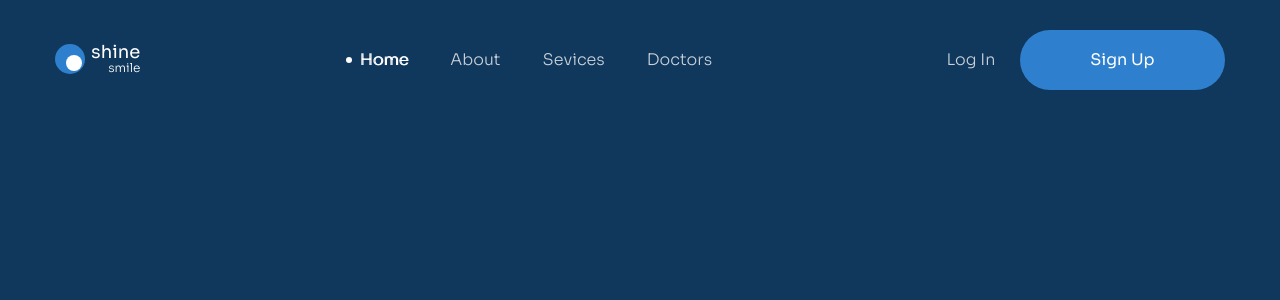
Repository: trungnguyen131/project-03
Page: index.html
These files come from the project's save history. The page is drawn as it stood at one moment and after the next save; the edit follows.
The browser window is 1280 px wide. The pictures show the whole page.

Above is the page before, as saved 2024-03-31 16:23:49.

### index.html
<!DOCTYPE html>
<html lang="en">
<head>
    <meta charset="UTF-8">
    <meta name="viewport" content="width=device-width, initial-scale=1.0">
    <title>Shine Smile</title>

    <!-- Embed fonts -->
    <link rel="preconnect" href="https://fonts.googleapis.com">
    <link rel="preconnect" href="https://fonts.gstatic.com" crossorigin>
    <link href="https://fonts.googleapis.com/css2?family=Sora:wght@100..800&display=swap" rel="stylesheet">

    <!-- favicon -->
    <link rel="apple-touch-icon" sizes="57x57" href="./assets/favicon/apple-icon-57x57.png">
    <link rel="apple-touch-icon" sizes="60x60" href="./assets/favicon/apple-icon-60x60.png">
    <link rel="apple-touch-icon" sizes="72x72" href="./assets/favicon/apple-icon-72x72.png">
    <link rel="apple-touch-icon" sizes="76x76" href="./assets/favicon/apple-icon-76x76.png">
    <link rel="apple-touch-icon" sizes="114x114" href="./assets/favicon/apple-icon-114x114.png">
    <link rel="apple-touch-icon" sizes="120x120" href="./assets/favicon/apple-icon-120x120.png">
    <link rel="apple-touch-icon" sizes="144x144" href="./assets/favicon/apple-icon-144x144.png">
    <link rel="apple-touch-icon" sizes="152x152" href="./assets/favicon/apple-icon-152x152.png">
    <link rel="apple-touch-icon" sizes="180x180" href="./assets/favicon/apple-icon-180x180.png">
    <link rel="icon" type="image/png" sizes="192x192"  href="./assets/favicon/android-icon-192x192.png">
    <link rel="icon" type="image/png" sizes="32x32" href="./assets/favicon/favicon-32x32.png">
    <link rel="icon" type="image/png" sizes="96x96" href="./assets/favicon/favicon-96x96.png">
    <link rel="icon" type="image/png" sizes="16x16" href="./assets/favicon/favicon-16x16.png">
    <link rel="manifest" href="./assets/favicon/manifest.json">
    <meta name="msapplication-TileColor" content="#ffffff">
    <meta name="msapplication-TileImage" content="./assets/favicon/ms-icon-144x144.png">
    <meta name="theme-color" content="#ffffff">

    <!-- reset css -->
    <link rel="stylesheet" href="./assets/css/reset.css">

    <!-- Styles css -->
    <link rel="stylesheet" href="./assets/css/style.css">

</head>
<body>
    <header class="header">
        <div class="container">
            <div class="header-top">
                <!-- Logo -->
                <a  href="/">
                    <div class="logo">
                        <span class="logo__circle"></span>
                        <span class="logo__text">
                            <span class="logo__branch">shine</span>
                            <span class="logo__branch logo__branch--small">smile</span>
                        </span>
                    </div>
                </a>

                <!-- Navbar -->
                <nav class="navbar">
                    <ul class="navbar__list">
                        <li class="navbar__item ">
                            <a href="#!" class="navbar__link navbar__item--active">Home</a>
                        </li>
                        <li class="navbar__item">
                            <a href="#!" class="navbar__link">About</a>
                        </li>
                        <li class="navbar__item">
                            <a href="#!" class="navbar__link">Sevices</a>
                        </li>
                        <li class="navbar__item">
                            <a href="#!" class="navbar__link">Doctors</a>
                        </li>
                    </ul>
                </nav>

                <!-- Action -->
                <div class="action">
                    <a href="#!" class="action__login ">Log In</a>
                    <a href="#!" class="btn action__signup">Sign Up</a>
                </div>

            </div>
        </div>
    </header>
</body>
</html>

### assets/css/style.css
* {
    box-sizing: border-box;
}

:root {
    --header-bg: #10375C;
}

html {
    font-size: 62.5%;
}

body {
    font-size: 1.6rem;
    font-family: "Sora", sans-serif;
}

/* common */

a {
    text-decoration: none;
}
.container {
    width: 1170px;
    max-width: calc(100% - 48px);
    margin: 0 auto;
}

.btn {
    --height: 60px;
    color:#fff;
    background:#2E80CE ;
    height: var(--height);
    padding: 0 20px;
    display: inline-block;
    line-height: var(--height);
    border-radius: 99px;
    min-width: 205px;
    text-align: center;
    font-size: 1.6rem;
    font-weight: 400;
}

/* Header */
.header {
    min-height: 100vh;
    padding-top: 30px;
    background:var(--header-bg);
}

.logo {
    font-size: 1rem;
    position: relative;
    display: inline-flex;
}

.logo__circle::before,
.logo__circle::after {
    content: " ";
    display: inline-block;
    border-radius: 50%;
}

.logo__circle::before {
    width: 3em;
    height: 3em;
    background-color: #2E80CE;
}

.logo__circle::after {
    position: absolute;
    top: 1.1em;
    left: 1.1em;
    width: 1.6em;
    height: 1.6em;
    background-color: #ffffff;
}

.logo__text {
    margin-left: 0.6em;
    text-align: right;
    line-height: 1.6em;
}

.logo__branch {
    font-size: 1.8em;
    font-weight: 400;
    color:#fff;
    display: block;
}

.logo__branch--small {
    font-size: 1.2em;
    font-weight: 300;
}

/* Header top */
.header-top {
    display: flex;
    align-items: center;
    justify-content: space-between;
}

.navbar__list {
    display: flex;
}
.action__login,
.navbar__link {
    padding:4px 21px;
    color:#C9D2DA;
    font-size: 1.6rem;
    font-weight: 300;
}
.navbar__link:hover,
.navbar__item--active {
    color:#fff;
    text-shadow: 1px 0 0 currentColor;
}

.navbar__item--active::before {
    position: relative;
    top:-2px;
    left: -8px;
    content: " ";
    display: inline-block;
    width: 6px;
    height: 6px;
    border-radius: 50%;
    background-color: #fff;
}

.action__signup {
    --
}

Loaded but not shown: assets/css/reset.css (common file)

After the next save:
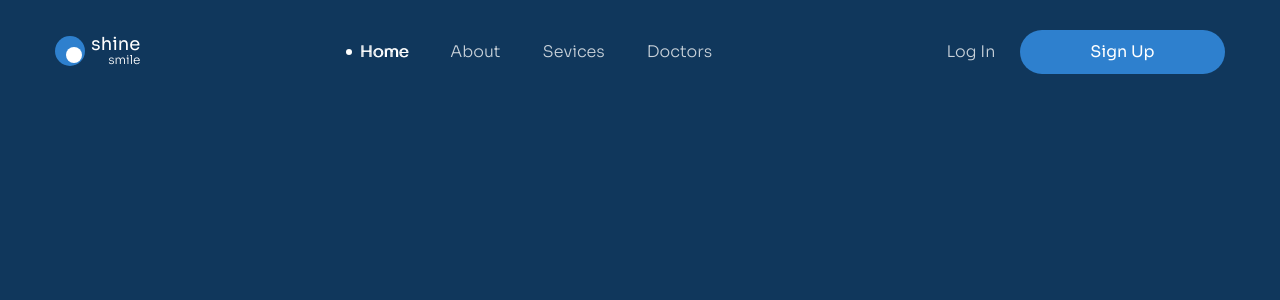
Saved 6 s later.
--- a/assets/css/style.css
+++ b/assets/css/style.css
@@ -130,5 +130,6 @@
 }
 
 .action__signup {
-    --
+    --height: 44px;
+
 }
